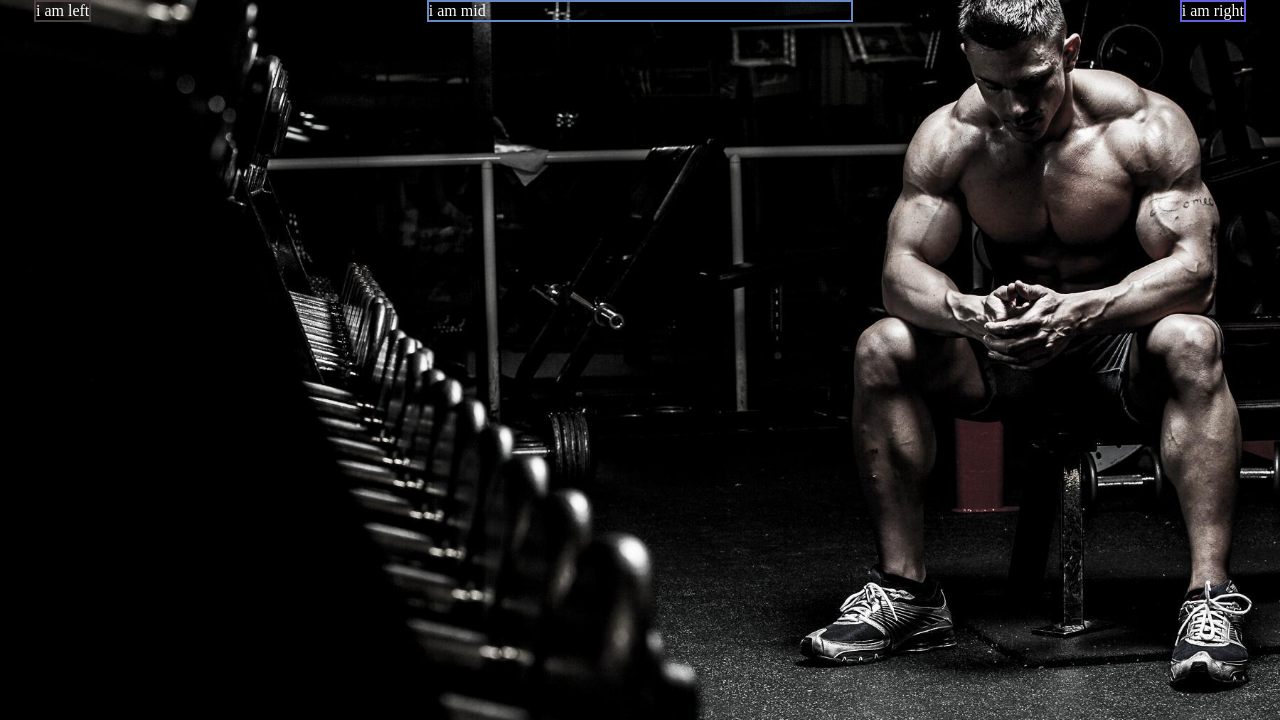
Repository: asthaasquare/project-1
Page: project-1/index.html
The author's editor kept a copy of each file at every save. The page is drawn from the files as they stood at one save, then again after the next save.
The browser window is 1280 px wide. The pictures show the whole page.

Above is the page before, as saved 2024-05-09 10:37:28.

### project-1/index.html
<!DOCTYPE html>
<html lang="en">
  <head>
    <meta charset="UTF-8" />
    <meta name="viewport" content="width=device-width, initial-scale=1.0" />
    <title>Fit World</title>
    <style>
      body {
        color: white;
        margin: 0;
        padding: 0;
        background-image: url("img/1087639.jpg");
        background-size: cover; /* This will make sure the image covers the entire background */
        background-position: center; /* This will center the image within the container */
        height: 100vh; /* This will set the height of the background to the viewport height */
      }

      .left {
        border: 2px double rgb(75, 62, 62);
        display: inline-block;
        position: absolute;
        top: 0px;
        left: 34px;
      }

      .mid {
        margin: auto;
        display: block;
        width: 33%;
        border: 2px double rgb(106, 137, 200);
      }

      .right {
        position: absolute;
        display: inline-block;
        border: 2px double rgb(100, 96, 222);
        top: 0px;
        right: 34px;
      }

      .header {
        position: relative; /* Set position to relative to allow absolute positioning of child elements */
      }
    </style>
  </head>
  <link rel="stylesheet" href="css/style.css" />
  <body>
    <header class="header">
      <div class="left">
        i am left
      </div>
      <div class="mid">i am mid</div>
      <div class="right">i am right</div>
    </header>
  </body>
</html>

Loaded but not shown: project-1/css/style.css (no stored copy; drawn as an empty file)

After the next save:
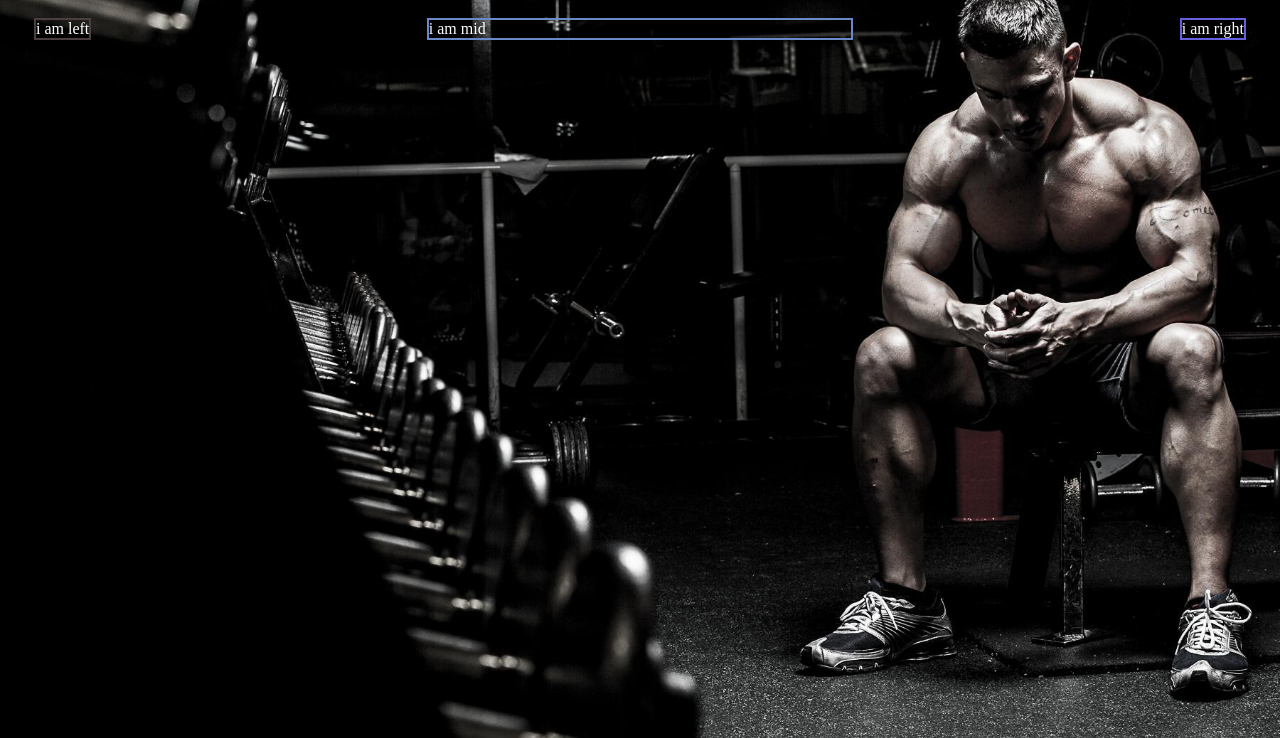
Saved 118 s later.
--- a/project-1/index.html
+++ b/project-1/index.html
@@ -24,7 +24,7 @@
       }
 
       .mid {
-        margin: auto;
+        margin: 18px auto;
         display: block;
         width: 33%;
         border: 2px double rgb(106, 137, 200);
